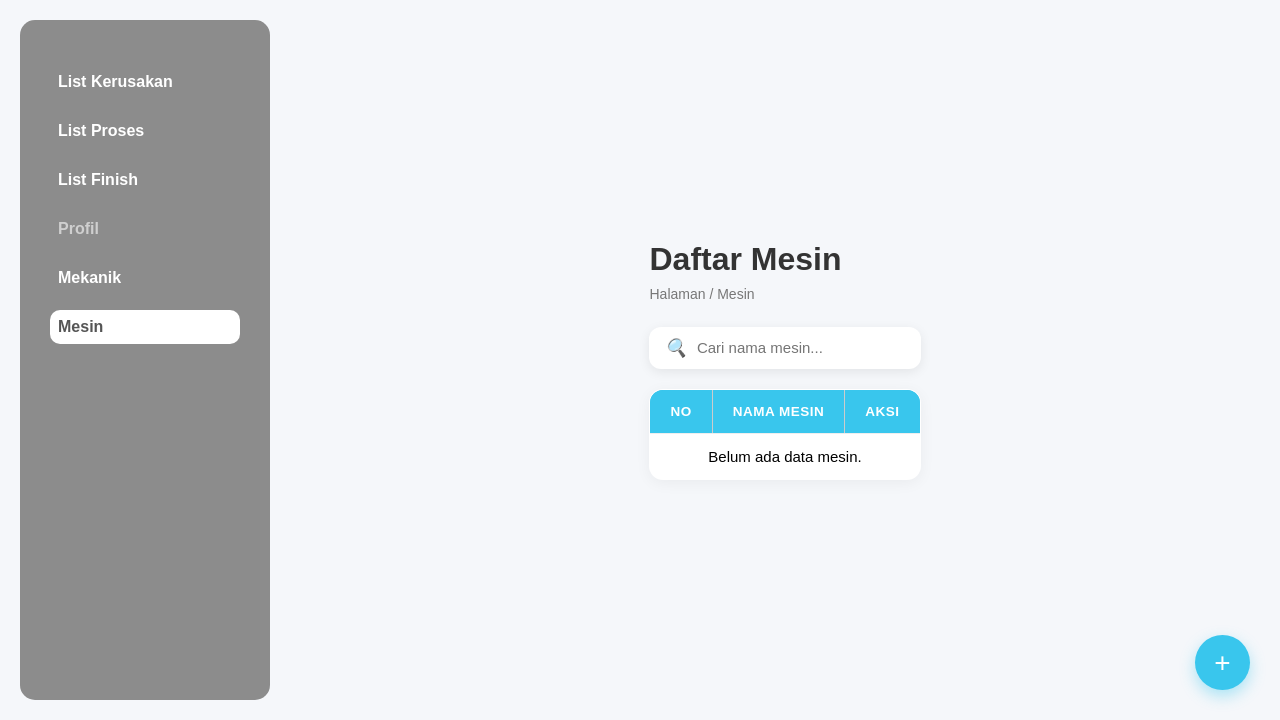
Repository: 1rHub/maintenance
Page: http://localhost/mesin.php
An editor plug-in stored every save of this project. The page is shown before and after the next save, followed by the edit.
The browser window is 1280 px wide. The pictures show the whole page.
The page is run by PHP 8.4 with error messages shown; the project is at /var/www/html/. Queries for data that is not in the repository find no rows.

Above is the page before, as saved 2025-10-20 09:13:04.

After the next save:
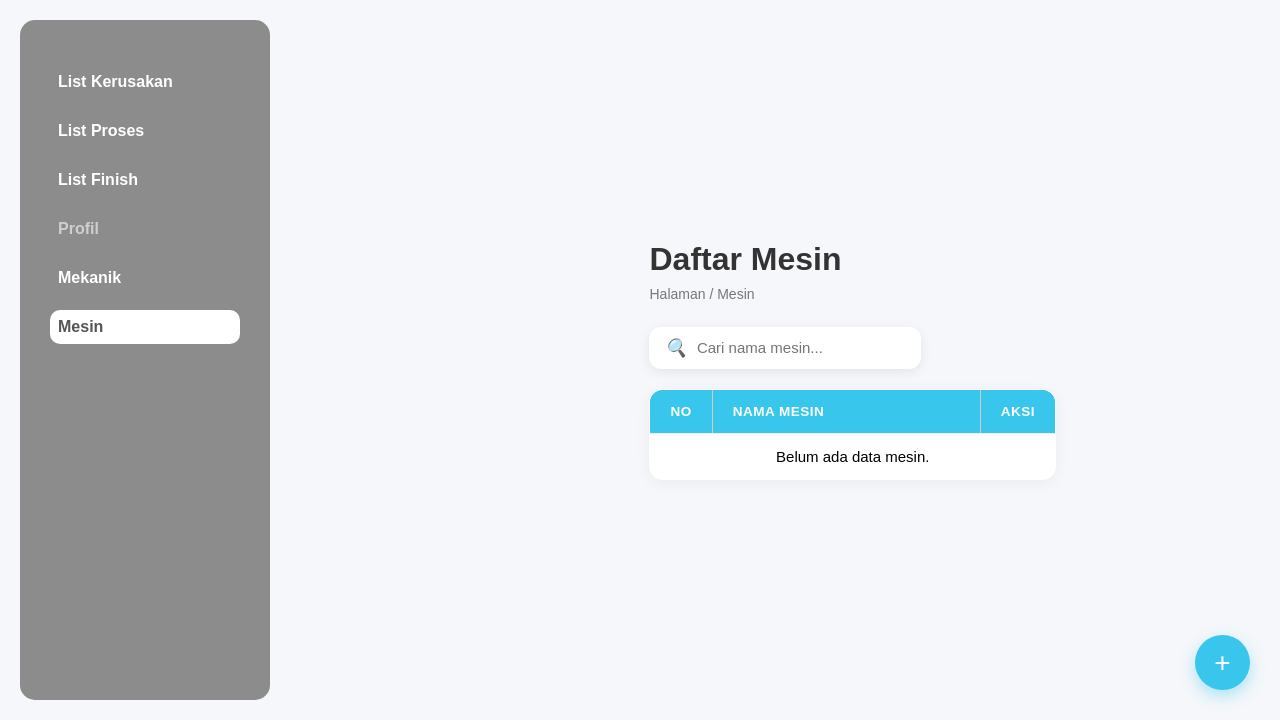
Saved 8 s later.
--- a/mesin.php
+++ b/mesin.php
@@ -84,7 +84,7 @@ $mesin_list = mysqli_fetch_all($result, MYSQLI_ASSOC);
 
         /* Tabel */
         table {
-            width: 100%;
+            width: 150%;
             border-collapse: collapse;
             background: white;
             border-radius: 14px;
